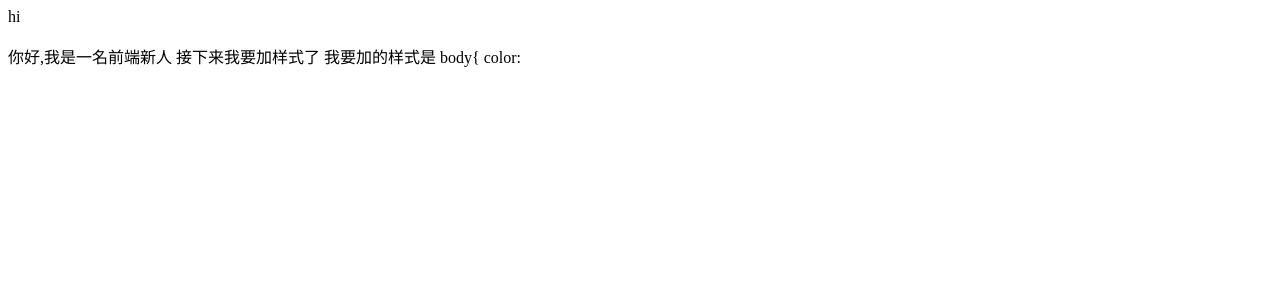
Repository: chenguocan/JS_cv
Page: index.html
These files come from the project's save history. The page is drawn as it stood at one moment and after the next save; the edit follows.
The browser window is 1280 px wide. The pictures show the whole page.

Above is the page before, as saved 2020-07-29 09:56:28.

After the next save:
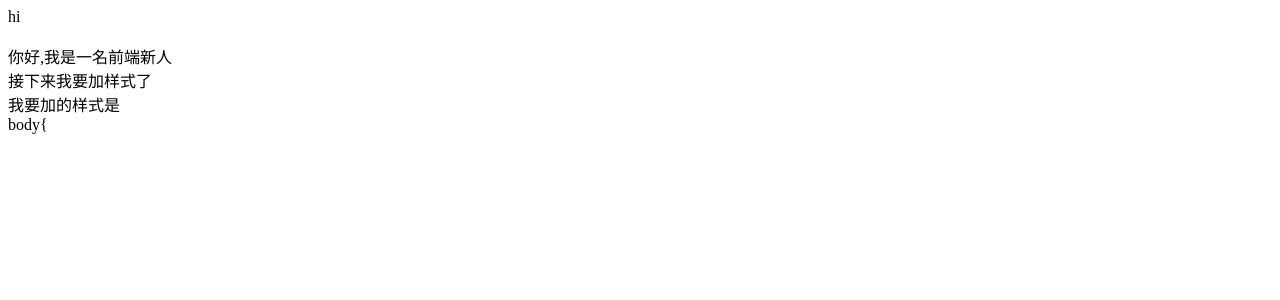
Saved 40 s later.
--- a/main.js
+++ b/main.js
@@ -8,8 +8,7 @@
     color:red;
 }
 `;
-console.log(string[0].charCodeAt());
-string = string.replace("\n", "<br>");
+string = string.replace(/\n/g, "<br>");
 demo.innerHTML = string.substring(0, n);
 let step = () => {
   setTimeout(() => {
